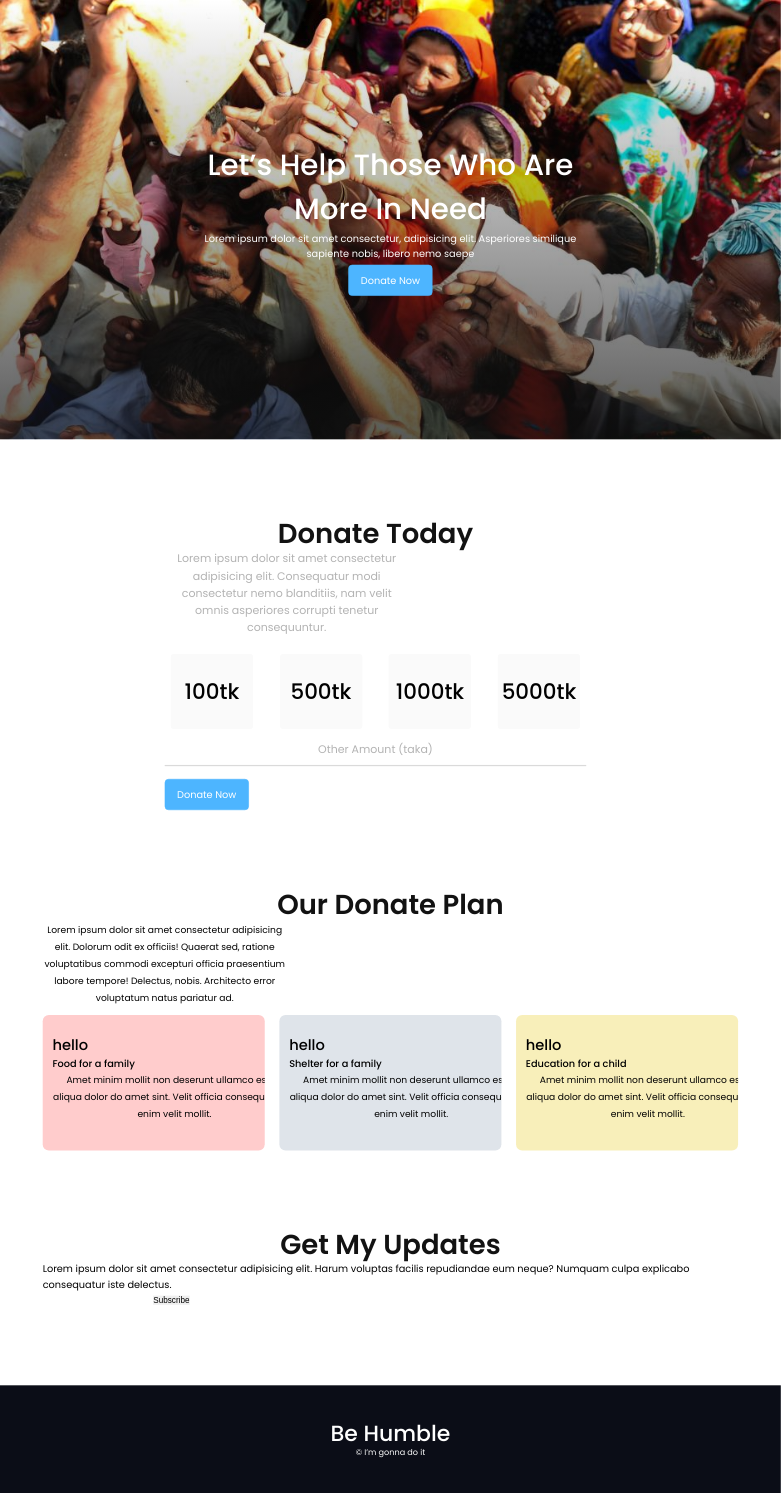
Repository: mdrubel02/donate-website
Page: index.html
These files come from the project's save history. The page is drawn as it stood at one moment and after the next save; the edit follows.
The browser window is 1280 px wide. The pictures show the whole page, at 61% of full size.

Above is the page before, as saved 2022-07-06 15:30:26.

After the next save:
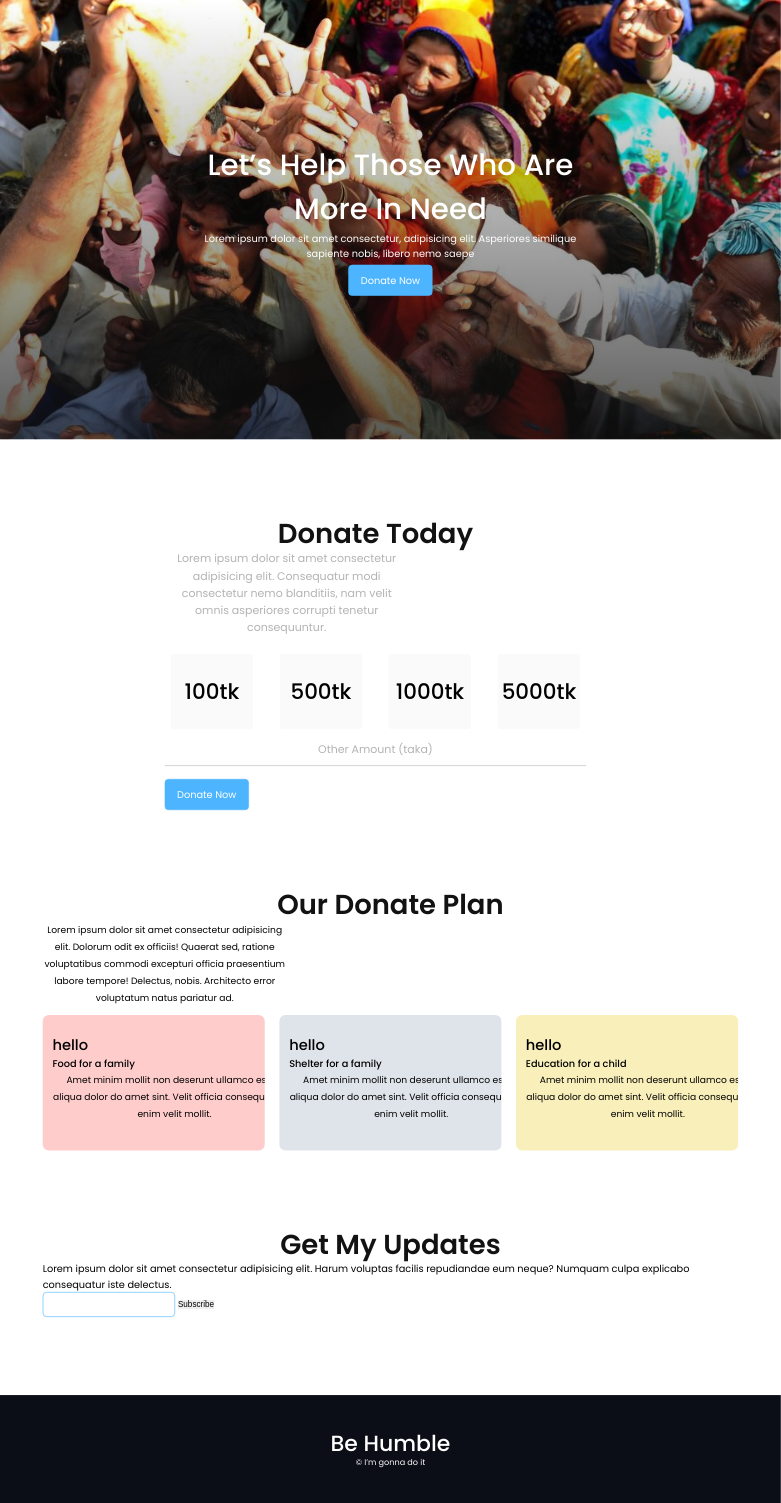
Saved 39 s later.
--- a/index.html
+++ b/index.html
@@ -77,7 +77,7 @@
         <p>Lorem ipsum dolor sit amet consectetur adipisicing elit. Harum voluptas facilis repudiandae eum neque? Numquam culpa explicabo consequatur iste delectus.</p>
         <div class="update-section">
             <div class="update-content">
-                <input type="email">
+                <input class="btn primary" type="email">
                 <input type="submit" value="Subscribe">
             </div>
         </div>
